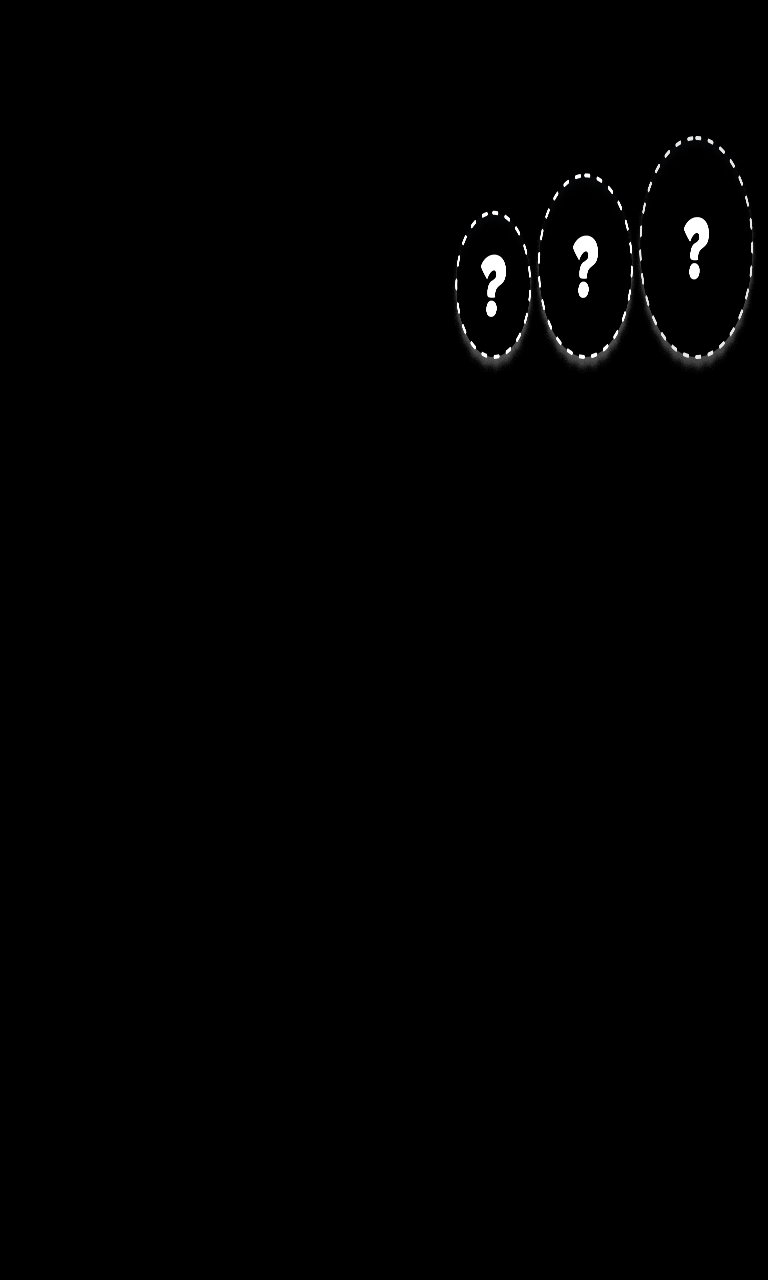
Repository: DimaPetrov/android
Layout: newapp/res/layout/puzzleback.xml
The author's editor kept a copy of each file at every save. The layout is drawn from the files as they stood at one save, then again after the next save.
It is drawn on a 768 x 1280 px phone screen (xhdpi) without system bars, with theme android:Theme.Black.NoTitleBar.Fullscreen; the app's code is not run.

Above is the layout before, as saved 2012-10-25 12:20:04.

### newapp/res/layout/puzzleback.xml
<RelativeLayout xmlns:android="http://schemas.android.com/apk/res/android"
    xmlns:tools="http://schemas.android.com/tools"
    android:id="@+id/Rlay2"
    android:layout_width="match_parent"
    android:layout_height="match_parent" >


    <RelativeLayout
        android:id="@+id/backlay"
        android:layout_width="match_parent"
        android:layout_height="match_parent"
        android:layout_centerHorizontal="true"
        android:layout_centerVertical="true" >

    </RelativeLayout>

    <ImageView
        android:id="@+id/mainbox"
        android:layout_width="320dp"
        android:layout_height="128dp"
        android:layout_marginTop="64dp"
        android:layout_marginLeft="220dp"
        android:background="@drawable/p_games_sortslots"
        android:contentDescription="@string/nul" />

</RelativeLayout>

### newapp/res/values/strings.xml
<resources>

    <string name="app_name">newapp</string>
    <string name="hello_world">Hello world!</string>
    <string name="menu_settings">Settings</string>
    <string name="title_activity_main">MainActivity</string>
    <string name="puzzle">START</string>
    <string name="nul">0</string>
    <string name="chr">Chronometer</string>
    <string name="g1">Game1</string>
    <string name="g2">Game2</string>
    <string name="g3">Game3</string>
    <string name="g4">Game4</string>

</resources>

After the next save:
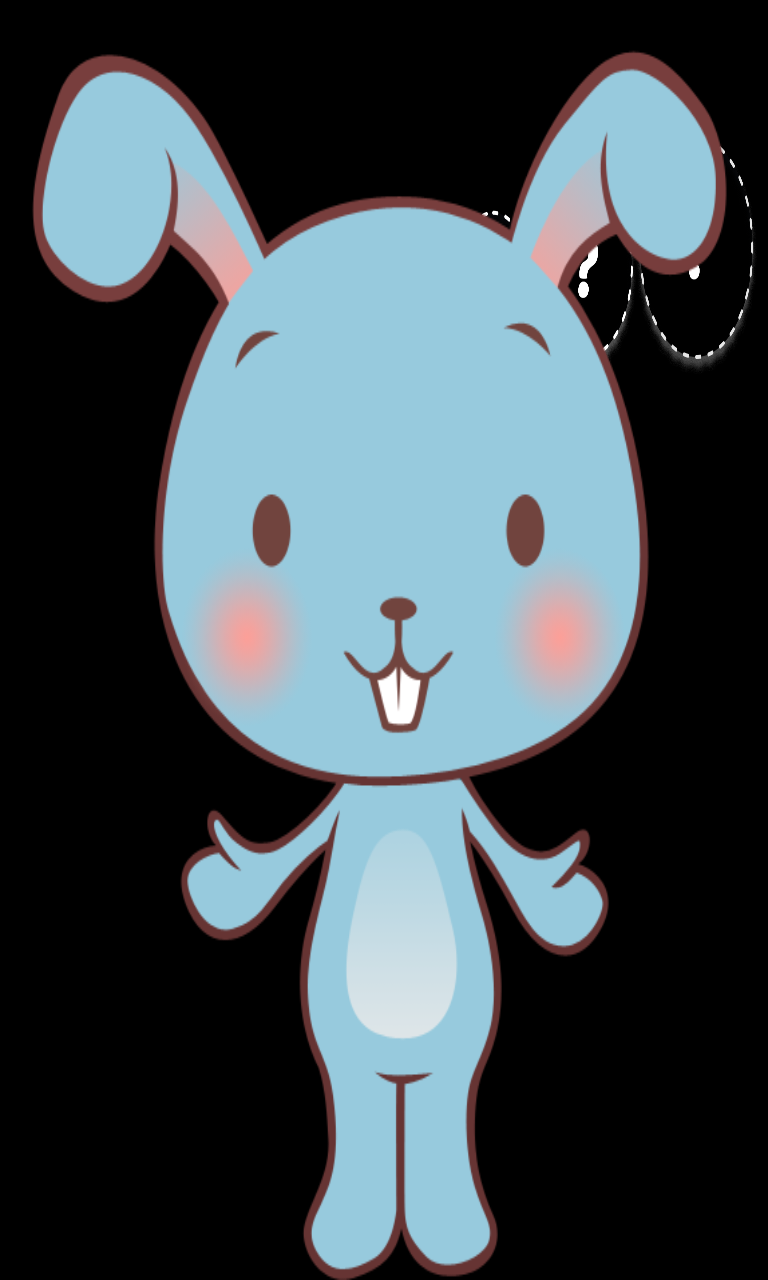
Saved 12 min 36 s later.
--- a/newapp/res/layout/puzzleback.xml
+++ b/newapp/res/layout/puzzleback.xml
@@ -1,17 +1,13 @@
-<RelativeLayout xmlns:android="http://schemas.android.com/apk/res/android"
-    xmlns:tools="http://schemas.android.com/tools"
+<RelativeLayout xmlns:tools="http://schemas.android.com/tools"
     android:id="@+id/Rlay2"
     android:layout_width="match_parent"
-    android:layout_height="match_parent" >
-
-
+    android:layout_height="match_parent" xmlns:android="http://schemas.android.com/apk/res/android">
     <RelativeLayout
         android:id="@+id/backlay"
         android:layout_width="match_parent"
         android:layout_height="match_parent"
         android:layout_centerHorizontal="true"
         android:layout_centerVertical="true" >
-
     </RelativeLayout>
 
     <ImageView
@@ -22,5 +18,11 @@
         android:layout_marginLeft="220dp"
         android:background="@drawable/p_games_sortslots"
         android:contentDescription="@string/nul" />
-
+<ImageView
+    android:id="@+id/imageView1"
+    android:layout_width="wrap_content"
+    android:layout_height="wrap_content"
+    android:layout_alignParentBottom="true"
+    android:layout_alignParentLeft="true"
+    android:background="@drawable/p_games_characterdef" />
 </RelativeLayout>
